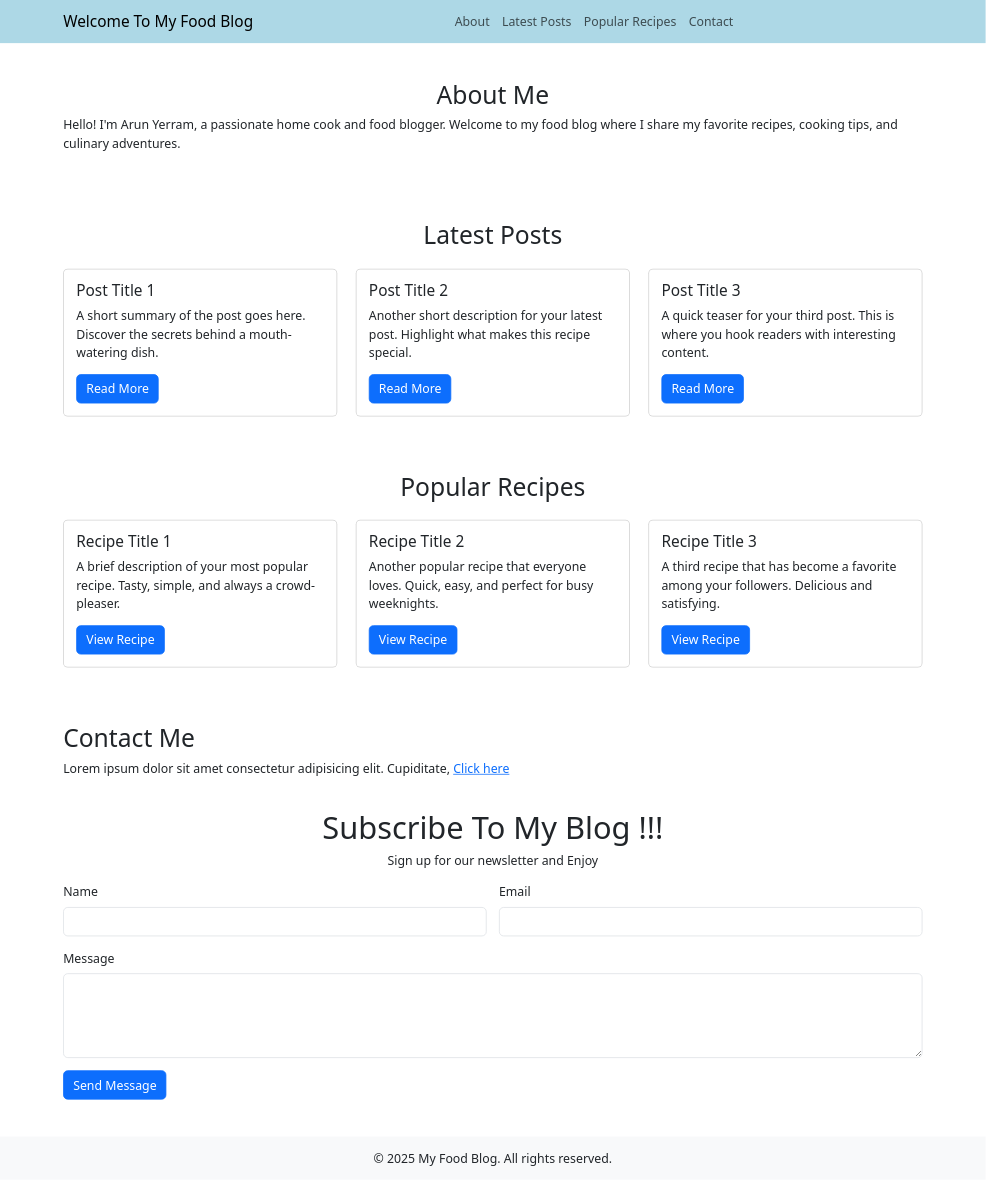
Repository: arunyerram/Web-TEChnologies
Page: 15.03.2025.html
An editor plug-in stored every save of this project. The page is shown before and after a run of saves, followed by the edit.
The browser window is 1280 px wide. The pictures show the whole page, at 77% of full size.

Above is the page before, as saved 2025-03-19 12:01:49.

### 15.03.2025.html
<!DOCTYPE html>
<html lang="en">
<head>
  <meta charset="UTF-8" />
  <meta name="viewport" content="width=device-width, initial-scale=1" />
  <title>My Food Blog</title>
  <!-- Bootstrap 5 CSS -->
  <link
    href="https://cdn.jsdelivr.net/npm/bootstrap@5.3.0/dist/css/bootstrap.min.css"
    rel="stylesheet"
  />
</head>
<body>

  <header>
    <nav class="navbar navbar-expand-lg navbar-light" style="background-color: lightblue;">
      <div class="container">
        <a class="navbar-brand" href="#">Welcome To My Food Blog</a>
        <button
          class="navbar-toggler"
          type="button"
          data-bs-toggle="collapse"
          data-bs-target="#navbarSupportedContent"
          aria-controls="navbarSupportedContent"
          aria-expanded="false"
          aria-label="Toggle navigation"
        >
          <span class="navbar-toggler-icon"></span>
        </button>

        <div class="collapse navbar-collapse" id="navbarSupportedContent">
          <ul class="navbar-nav mx-auto mb-2 mb-lg-0">
            <li class="nav-item">
              <a class="nav-link" href="#about">About</a>
            </li>
            <li class="nav-item">
              <a class="nav-link" href="#latest-posts">Latest Posts</a>
            </li>
            <li class="nav-item">
              <a class="nav-link" href="#popular-recipes">Popular Recipes</a>
            </li>
            <li class="nav-item">
              <a class="nav-link" href="#contact">Contact</a>
            </li>
          </ul>
        </div>
      </div>
    </nav>
  </header>

  <main class="container my-5">


    <section id="about" class="mb-5">
      <div class="row">
        <div class="col-md-4 text-center">
        </div>
        <div class="col-md-12">
          <h2 style="text-align:center">About Me</h2>
          <p>
            Hello! I'm Arun Yerram, a passionate home cook and food blogger.
            Welcome to my food blog where I share my favorite recipes,
            cooking tips, and culinary adventures.
          </p>
        </div>
      </div>
    </section>

    <br>

    <section id="latest-posts" class="mb-5">
      <h2 class="mb-4" style="text-align:center">Latest Posts</h2>
      <div class="row row-cols-1 row-cols-md-3 g-4">
        <!-- Card 1 -->
        <div class="col">
          <div class="card">
            <!-- <img
              src="https://via.placeholder.com/300x200"
              class="card-img-top"
              alt="Post Image 1"
            /> -->
            <div class="card-body">
              <h5 class="card-title">Post Title 1</h5>
              <p class="card-text">
                A short summary of the post goes here. Discover the secrets
                behind a mouth-watering dish.
              </p>
              <a href="#" class="btn btn-primary">Read More</a>
            </div>
          </div>
        </div>
        <!-- Card 2 -->
        <div class="col">
          <div class="card">
            <!-- <img
              src="https://via.placeholder.com/300x200"
              class="card-img-top"
              alt="Post Image 2"
            /> -->
            <div class="card-body">
              <h5 class="card-title">Post Title 2</h5>
              <p class="card-text">
                Another short description for your latest post. Highlight
                what makes this recipe special.
              </p>
              <a href="#" class="btn btn-primary">Read More</a>
            </div>
          </div>
        </div>
        <!-- Card 3 -->
        <div class="col">
          <div class="card">
            <!-- <img
              src="https://via.placeholder.com/300x200"
              class="card-img-top"
              alt="Post Image 3"
            /> -->
            <div class="card-body">
              <h5 class="card-title">Post Title 3</h5>
              <p class="card-text">
                A quick teaser for your third post. This is where you hook
                readers with interesting content.
              </p>
              <a href="#" class="btn btn-primary">Read More</a>
            </div>
          </div>
        </div>
      </div>
    </section>

    <br>
    <!-- Popular Recipes -->
    <section id="popular-recipes" class="mb-5">
      <h2 class="mb-4" style="text-align:center">Popular Recipes</h2>
      <div class="row row-cols-1 row-cols-md-3 g-4">
        <!-- Recipe Card 1 -->
        <div class="col">
          <div class="card">
            <!-- <img
              src="https://via.placeholder.com/300x200"
              class="card-img-top"
              alt="Recipe Image 1"
            /> -->
            <div class="card-body">
              <h5 class="card-title">Recipe Title 1</h5>
              <p class="card-text">
                A brief description of your most popular recipe. Tasty,
                simple, and always a crowd-pleaser.
              </p>
              <a href="#" class="btn btn-primary">View Recipe</a>
            </div>
          </div>
        </div>
        <!-- Recipe Card 2 -->
        <div class="col">
          <div class="card">
            <!-- <img
              src="https://via.placeholder.com/300x200"
              class="card-img-top"
              alt="Recipe Image 2"
            /> -->
            <div class="card-body">
              <h5 class="card-title">Recipe Title 2</h5>
              <p class="card-text">
                Another popular recipe that everyone loves. Quick, easy, and
                perfect for busy weeknights.
              </p>
              <a href="#" class="btn btn-primary">View Recipe</a>
            </div>
          </div>
        </div>
        <!-- Recipe Card 3 -->
        <div class="col">
          <div class="card">
            <!-- <img
              src="https://via.placeholder.com/300x200"
              class="card-img-top"
              alt="Recipe Image 3"
            /> -->
            <div class="card-body">
              <h5 class="card-title">Recipe Title 3</h5>
              <p class="card-text">
                A third recipe that has become a favorite among your
                followers. Delicious and satisfying.
              </p>
              <a href="#" class="btn btn-primary">View Recipe</a>
            </div>
          </div>
        </div>
      </div>
    </section>

    <br>

    <!-- Contact Section -->
    <section id="contact">
      <h2 >Contact Me</h2>
      <p>Lorem ipsum dolor sit amet consectetur adipisicing elit. Cupiditate, <a href="#">Click here</a></p>
    </section>

      <br>

    <section>
      <h1 style="text-align : center"> Subscribe To My Blog !!!</h1>
      <p style="text-align : center">Sign up for our newsletter and Enjoy </p>
      <form class="row g-3 needs-validation" novalidate>
        <div class="col-md-6">
          <label for="name" class="form-label">Name</label>
          <input
            type="text"
            class="form-control"
            id="name"
            required
          />
          <div class="invalid-feedback">
            Please provide your name.
          </div>
        </div>
        <div class="col-md-6">
          <label for="email" class="form-label">Email</label>
          <input
            type="email"
            class="form-control"
            id="email"
            required
          />
          <div class="invalid-feedback">
            Please provide a valid email address.
          </div>
        </div>
        <div class="col-12">
          <label for="message" class="form-label">Message</label>
          <textarea
            class="form-control"
            id="message"
            rows="4"
            required
          ></textarea>
          <div class="invalid-feedback">
            Please enter your message.
          </div>
        </div>
        <div class="col-12">
          <button class="btn btn-primary" type="submit">Send Message</button>
        </div>
      </form>
    </section>

  </main>

  <!-- ======= Footer ======= -->
  <footer class="bg-light text-center py-3">
    <p class="mb-0">&copy; 2025 My Food Blog. All rights reserved.</p>
  </footer>

  <!-- Bootstrap 5 JS (Popper + Bootstrap) -->
  <script
    src="https://cdn.jsdelivr.net/npm/bootstrap@5.3.0/dist/js/bootstrap.bundle.min.js"
  ></script>

  <!-- Form Validation Script -->
  <script>
    (function () {
      'use strict';
      const forms = document.querySelectorAll('.needs-validation');
      Array.prototype.slice.call(forms).forEach(function (form) {
        form.addEventListener('submit', function (event) {
          if (!form.checkValidity()) {
            event.preventDefault();
            event.stopPropagation();
          }
          form.classList.add('was-validated');
        }, false);
      });
    })();
  </script>
</body>
</html>

After the next 6 saves:
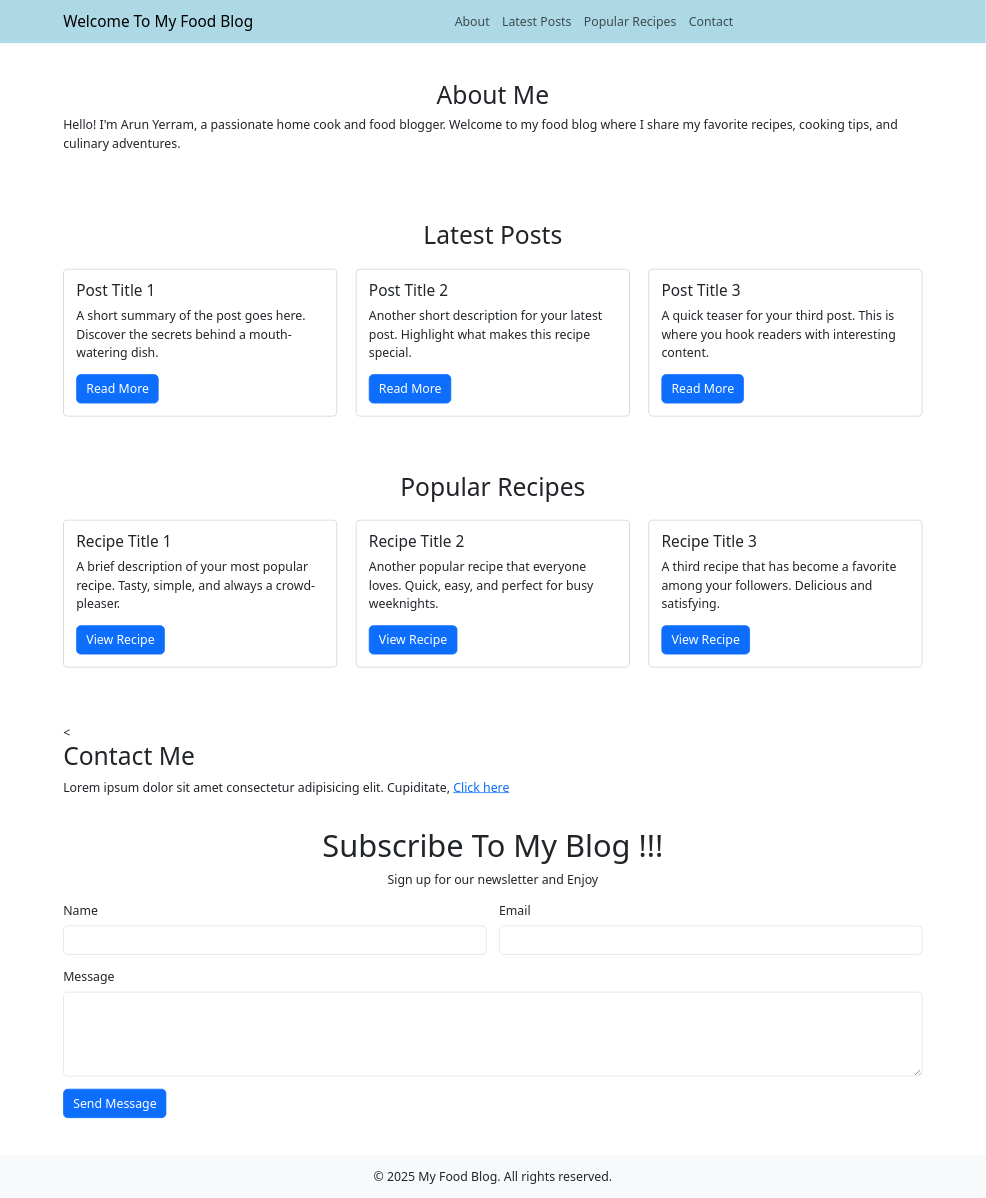
The 6 saves are shown as one change because they came seconds apart.
The last was saved 18 s later.
--- a/15.03.2025.html
+++ b/15.03.2025.html
@@ -89,7 +89,7 @@
             </div>
           </div>
         </div>
-        <!-- Card 2 -->
+
         <div class="col">
           <div class="card">
             <!-- <img
@@ -107,7 +107,7 @@
             </div>
           </div>
         </div>
-        <!-- Card 3 -->
+
         <div class="col">
           <div class="card">
             <!-- <img
@@ -129,7 +129,7 @@
     </section>
 
     <br>
-    <!-- Popular Recipes -->
+
     <section id="popular-recipes" class="mb-5">
       <h2 class="mb-4" style="text-align:center">Popular Recipes</h2>
       <div class="row row-cols-1 row-cols-md-3 g-4">
@@ -151,7 +151,7 @@
             </div>
           </div>
         </div>
-        <!-- Recipe Card 2 -->
+
         <div class="col">
           <div class="card">
             <!-- <img
@@ -169,7 +169,7 @@
             </div>
           </div>
         </div>
-        <!-- Recipe Card 3 -->
+
         <div class="col">
           <div class="card">
             <!-- <img
@@ -192,7 +192,7 @@
 
     <br>
 
-    <!-- Contact Section -->
+    <
     <section id="contact">
       <h2 >Contact Me</h2>
       <p>Lorem ipsum dolor sit amet consectetur adipisicing elit. Cupiditate, <a href="#">Click here</a></p>
